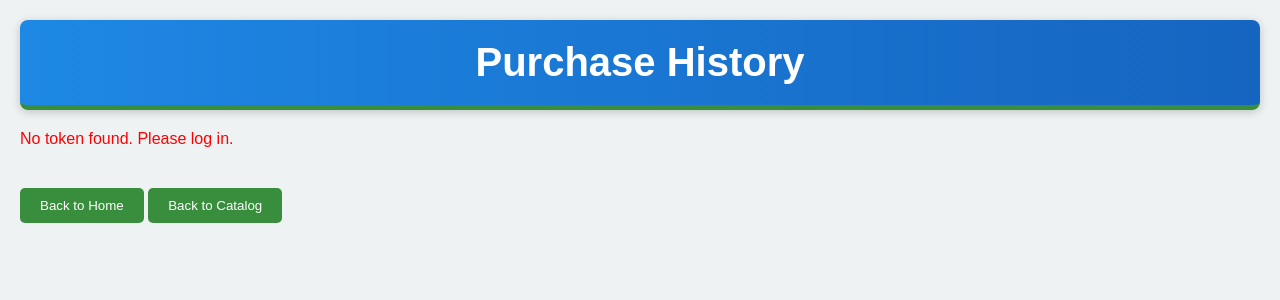
Repository: grebail/Comp-FYP
Page: public/purchase_history.html
These files come from the project's save history. The page is drawn as it stood at one moment and after the next save; the edit follows.
The browser window is 1280 px wide. The pictures show the whole page.

Above is the page before, as saved 2025-02-20 23:24:48.

After the next save:
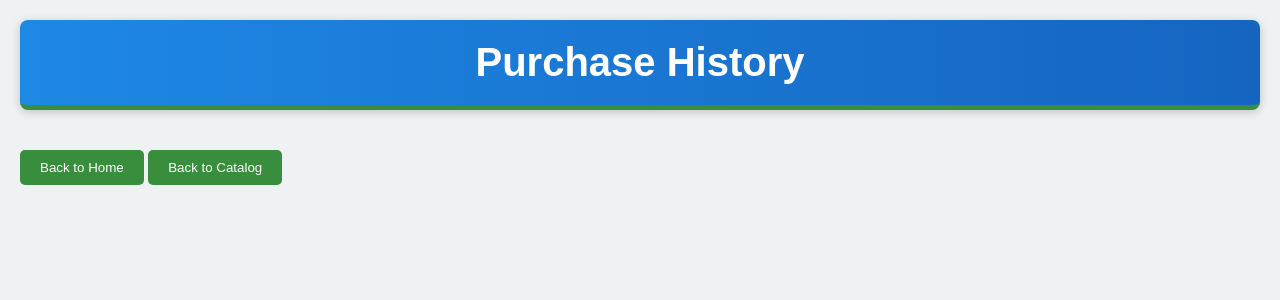
Console error: SyntaxError: Unexpected token '}'
Saved 7 min 33 s later.
--- a/public/purchase_history.html
+++ b/public/purchase_history.html
@@ -134,33 +134,7 @@
         // Function to fetch book details by googleId
         // Function to fetch book details by ISBN
 // Function to fetch book details by ISBN
-async function fetchBookDetails(isbn) {
-    if (!isbn) {
-        throw new Error('ISBN is undefined');
-    }
-
-    const token = localStorage.getItem('token');
-    console.log('Fetching book details for ISBN:', isbn); // Debugging log
-
-    try {
-        const response = await fetch(`/api/books/isbn/${isbn}`, {
-            method: 'GET',
-            headers: {
-                'Authorization': `Bearer ${token}`
-            }
-        });
-
-        if (!response.ok) {
-            const errorText = await response.text(); // Get the response text
-            console.error('Error fetching book details:', response.status, errorText); // Log error details
-            throw new Error('Failed to fetch book details: ' + errorText);
-        }
-
-        return await response.json(); // Return the fetched book details
-    } catch (error) {
-        console.error('Error fetching book details by ISBN:', error);
-        throw error;
-    }
+a
 }
         // Function to delete a purchased book
         async function deleteBook(googleId) {

After the 3 saves that followed:
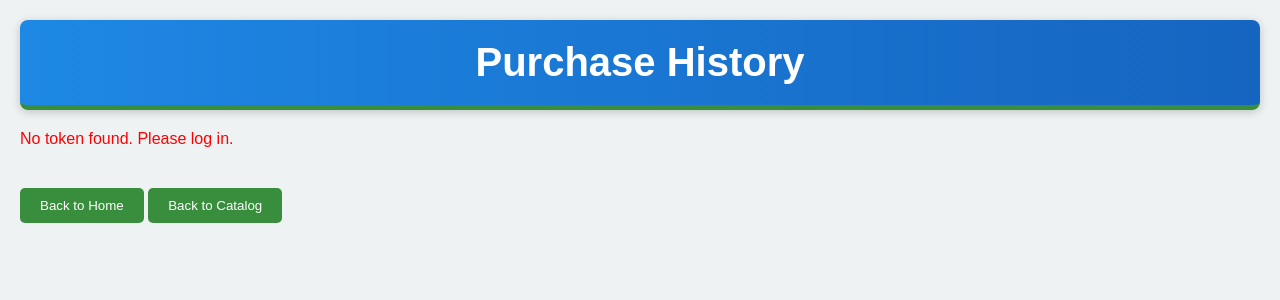
The error is gone.
The 3 saves are shown as one change because they came seconds apart.
The last was saved 7 s later.
--- a/public/purchase_history.html
+++ b/public/purchase_history.html
@@ -134,7 +134,33 @@
         // Function to fetch book details by googleId
         // Function to fetch book details by ISBN
 // Function to fetch book details by ISBN
-a
+async function fetchBookDetails(isbn) {
+    if (!isbn) {
+        throw new Error('ISBN is undefined');
+    }
+
+    const token = localStorage.getItem('token');
+    console.log('Fetching book details for ISBN:', isbn); // Debugging log
+
+    try {
+        const response = await fetch(`/api/books/isbn/${isbn}`, {
+            method: 'GET',
+            headers: {
+                'Authorization': `Bearer ${token}`
+            }
+        });
+
+        if (!response.ok) {
+            const errorText = await response.text(); // Get the response text
+            console.error('Error fetching book details:', response.status, errorText); // Log error details
+            throw new Error('Failed to fetch book details: ' + errorText);
+        }
+
+        return await response.json(); // Return the fetched book details
+    } catch (error) {
+        console.error('Error fetching book details by ISBN:', error);
+        throw error;
+    }
 }
         // Function to delete a purchased book
         async function deleteBook(googleId) {
